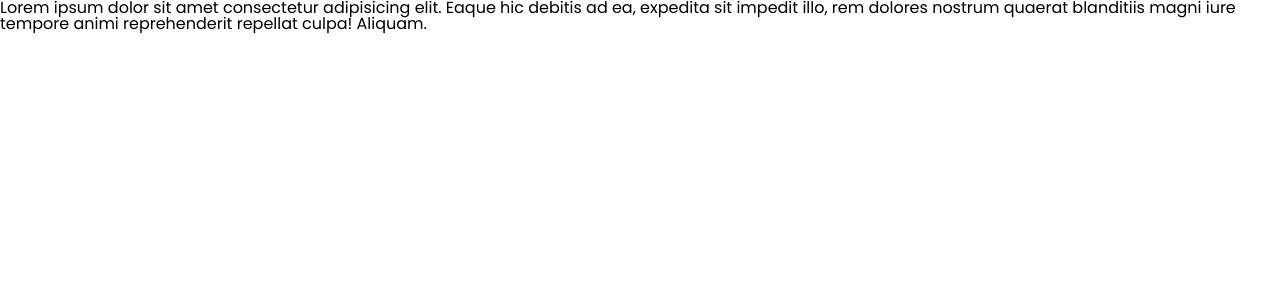
Repository: anhtien111198/f8-htmlcss-01
Page: index.html
An editor plug-in stored every save of this project. The page is shown before and after the next save, followed by the edit.
The browser window is 1280 px wide. The pictures show the whole page.

Above is the page before, as saved 2023-04-29 13:42:03.

### index.html
<!DOCTYPE html>
<html lang="en">
    <head>
        <meta charset="UTF-8" />
        <meta http-equiv="X-UA-Compatible" content="IE=edge" />
        <meta name="viewport" content="width=device-width, initial-scale=1.0" />
        <title>F8 project 01</title>
        <link rel="stylesheet" href="./assets/css/reset.css" />
        <link rel="stylesheet" href="./assets/fonts/stylesheet.css" />
        <link rel="stylesheet" href="./assets/css/styles.css" />
    </head>
    <body>
        <p>
            Lorem ipsum dolor sit amet consectetur adipisicing elit. Eaque hic
            debitis ad ea, expedita sit impedit illo, rem dolores nostrum
            quaerat blanditiis magni iure tempore animi reprehenderit repellat
            culpa! Aliquam.
        </p>
    </body>
</html>

### assets/fonts/stylesheet.css
@font-face {
    font-family: "Poppins";
    src: url("Poppins/Poppins-Black.woff2") format("woff2"),
        url("Poppins/Poppins-Black.woff") format("woff");
    font-weight: 900;
    font-style: normal;
    font-display: swap;
}

@font-face {
    font-family: "Poppins";
    src: url("Poppins/Poppins-Bold.woff2") format("woff2"),
        url("Poppins/Poppins-Bold.woff") format("woff");
    font-weight: bold;
    font-style: normal;
    font-display: swap;
}

@font-face {
    font-family: "Poppins";
    src: url("Poppins/Poppins-BlackItalic.woff2") format("woff2"),
        url("Poppins/Poppins-BlackItalic.woff") format("woff");
    font-weight: 900;
    font-style: italic;
    font-display: swap;
}

@font-face {
    font-family: "Poppins";
    src: url("Poppins/Poppins-BoldItalic.woff2") format("woff2"),
        url("Poppins/Poppins-BoldItalic.woff") format("woff");
    font-weight: bold;
    font-style: italic;
    font-display: swap;
}

@font-face {
    font-family: "Poppins";
    src: url("Poppins/Poppins-ExtraBoldItalic.woff2") format("woff2"),
        url("Poppins/Poppins-ExtraBoldItalic.woff") format("woff");
    font-weight: bold;
    font-style: italic;
    font-display: swap;
}

@font-face {
    font-family: "Poppins";
    src: url("Poppins/Poppins-ExtraBold.woff2") format("woff2"),
        url("Poppins/Poppins-ExtraBold.woff") format("woff");
    font-weight: bold;
    font-style: normal;
    font-display: swap;
}

@font-face {
    font-family: "Poppins";
    src: url("Poppins/Poppins-ExtraLight.woff2") format("woff2"),
        url("Poppins/Poppins-ExtraLight.woff") format("woff");
    font-weight: 200;
    font-style: normal;
    font-display: swap;
}

@font-face {
    font-family: "Poppins";
    src: url("Poppins/Poppins-ExtraLightItalic.woff2") format("woff2"),
        url("Poppins/Poppins-ExtraLightItalic.woff") format("woff");
    font-weight: 200;
    font-style: italic;
    font-display: swap;
}

@font-face {
    font-family: "Poppins";
    src: url("Poppins/Poppins-LightItalic.woff2") format("woff2"),
        url("Poppins/Poppins-LightItalic.woff") format("woff");
    font-weight: 300;
    font-style: italic;
    font-display: swap;
}

@font-face {
    font-family: "Poppins";
    src: url("Poppins/Poppins-Light.woff2") format("woff2"),
        url("Poppins/Poppins-Light.woff") format("woff");
    font-weight: 300;
    font-style: normal;
    font-display: swap;
}

@font-face {
    font-family: "Poppins";
    src: url("Poppins/Poppins-Italic.woff2") format("woff2"),
        url("Poppins/Poppins-Italic.woff") format("woff");
    font-weight: normal;
    font-style: italic;
    font-display: swap;
}

@font-face {
    font-family: "Poppins";
    src: url("Poppins/Poppins-Regular.woff2") format("woff2"),
        url("Poppins/Poppins-Regular.woff") format("woff");
    font-weight: normal;
    font-style: normal;
    font-display: swap;
}

@font-face {
    font-family: "Poppins";
    src: url("Poppins/Poppins-MediumItalic.woff2") format("woff2"),
        url("Poppins/Poppins-MediumItalic.woff") format("woff");
    font-weight: 500;
    font-style: italic;
    font-display: swap;
}

@font-face {
    font-family: "Poppins";
    src: url("Poppins/Poppins-SemiBoldItalic.woff2") format("woff2"),
        url("Poppins/Poppins-SemiBoldItalic.woff") format("woff");
    font-weight: 600;
    font-style: italic;
    font-display: swap;
}

@font-face {
    font-family: "Poppins";
    src: url("Poppins/Poppins-Thin.woff2") format("woff2"),
        url("Poppins/Poppins-Thin.woff") format("woff");
    font-weight: 100;
    font-style: normal;
    font-display: swap;
}

@font-face {
    font-family: "Poppins";
    src: url("Poppins/Poppins-Medium.woff2") format("woff2"),
        url("Poppins/Poppins-Medium.woff") format("woff");
    font-weight: 500;
    font-style: normal;
    font-display: swap;
}

@font-face {
    font-family: "Poppins";
    src: url("Poppins/Poppins-SemiBold.woff2") format("woff2"),
        url("Poppins/Poppins-SemiBold.woff") format("woff");
    font-weight: 600;
    font-style: normal;
    font-display: swap;
}

@font-face {
    font-family: "Poppins";
    src: url("Poppins/Poppins-ThinItalic.woff2") format("woff2"),
        url("Poppins/Poppins-ThinItalic.woff") format("woff");
    font-weight: 100;
    font-style: italic;
    font-display: swap;
}

### assets/css/styles.css
* {
    box-sizing: border-box;
}
html {
    font-size: 62.5%;
}
body {
    font-size: 1.6rem;
    font-family: "Poppins";
}

Loaded but not shown: assets/css/reset.css (common file)

After the next save:
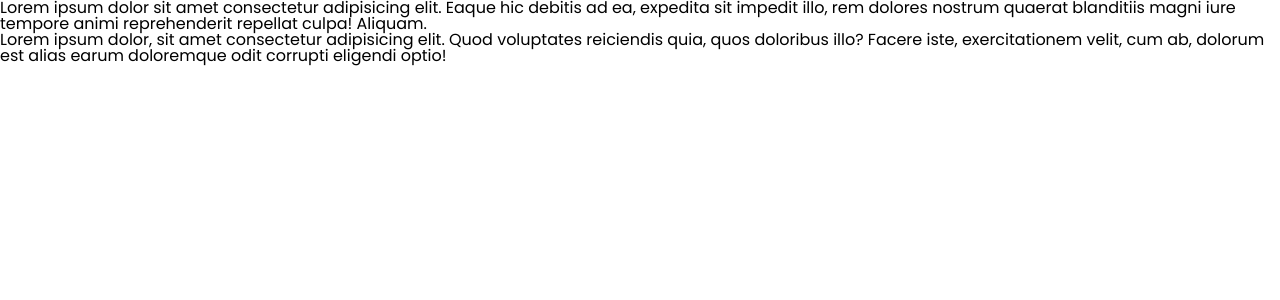
Saved 4 min 15 s later.
--- a/index.html
+++ b/index.html
@@ -16,5 +16,11 @@
             quaerat blanditiis magni iure tempore animi reprehenderit repellat
             culpa! Aliquam.
         </p>
+        <p>
+            Lorem ipsum dolor, sit amet consectetur adipisicing elit. Quod
+            voluptates reiciendis quia, quos doloribus illo? Facere iste,
+            exercitationem velit, cum ab, dolorum est alias earum doloremque
+            odit corrupti eligendi optio!
+        </p>
     </body>
 </html>
